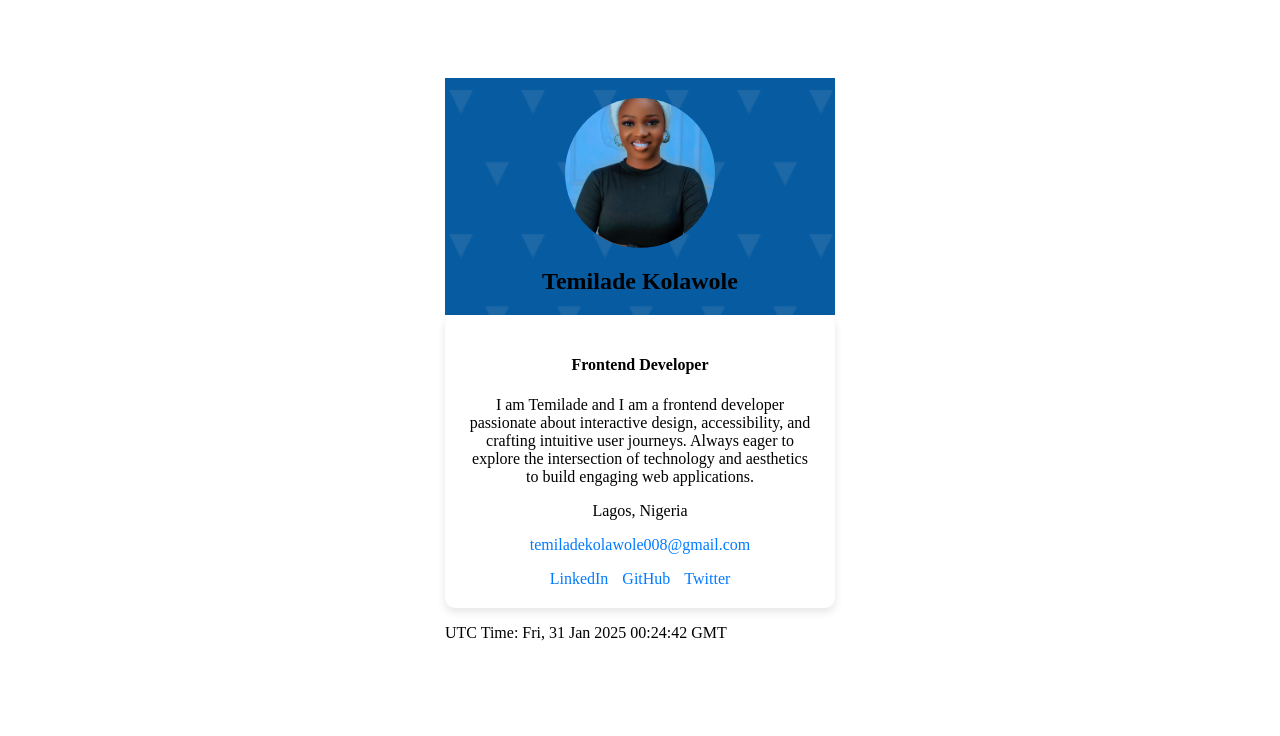
Repository: KolawoleTemilade/ticket-guarantor
Page: profilecard/index..html
These files come from the project's save history. The page is drawn as it stood at one moment and after a run of saves; the edit follows.
The browser window is 1280 px wide. The pictures show the whole page.

Above is the page before, as saved 2025-02-04 17:07:05.

### profilecard/index..html
<!DOCTYPE html>
<html lang="en">
<head>
    <meta charset="UTF-8">
    <meta name="viewport" content="width=device-width, initial-scale=1.0">
    <title>Profile Card</title>
    <link rel="stylesheet" href="style.css">
</head>
<body>
    <section >
        <div class="background" style="background-image: url('./asset/bgo.svg');">
            <img src="./asset/profile.jpg" alt="Profile Picture" data-testid="profilePicture">
            <h2 class="fullname" data-testid="fullName">Temilade Kolawole</h2>
        </div>
        <div class="card">
        <h4 data-testid="jobTitle">Frontend Developer</h4>
        <p data-testid="shortBio">
            I am Temilade and I am a frontend developer passionate about interactive design,
            accessibility, and crafting intuitive user journeys. Always eager to explore
            the intersection of technology and aesthetics to build engaging web applications.
        </p>
        <p data-testid="currentLocation">Lagos, Nigeria</p>
        <p data-testid="emailAddress">
            <a href="mailto:temiladekolawole008@gmail.com" target="_blank">
                temiladekolawole008@gmail.com
            </a>
        </p>
        <div class="social-links" data-testid="socialLinks">
            <a href="https://linkedin.com/in/temiladekolawole13" target="_blank">LinkedIn</a>
            <a href="https://github.com/kolawoleTemilade" target="_blank">GitHub</a>
            <a href="https://twitter.com/temmie415" target="_blank">Twitter</a>
        </div>
    </div>
        <p data-testid="currentTimeUTC" id="utcTime"></p>
    </section>

    <script>
        // Update UTC time every second
        function updateTime() {
            const utcTime = new Date().toUTCString();
            document.getElementById('utcTime').textContent = `UTC Time: ${utcTime}`;
        }

        // Initial call and set interval
        updateTime();
        setInterval(updateTime, 1000);
    </script>
</body>
</html>

### profilecard/style.css
body {
  display: flex;
  align-items: center;
  justify-content: center;
  height: 100vh;
}

.card {
  background: #fff;
  padding: 20px;
  border-radius: 10px;
  box-shadow: 0 4px 8px rgba(0, 0, 0, 0.1);
  text-align: center;
  max-width: 350px;
  width: 100%;
}
.background {
  width: 100%;
  padding: 0;
  display: flex;
  flex-direction: column;
  justify-content: center;
  align-items: center;
}
img {
  width: 150px;
  height: 150px;
  border-radius: 50%;
  object-fit: cover;
  margin-top: 20px;
}
a {
  margin: 0 5px;
  text-decoration: none;
  color: #007bff;
}

After the next 4 saves:
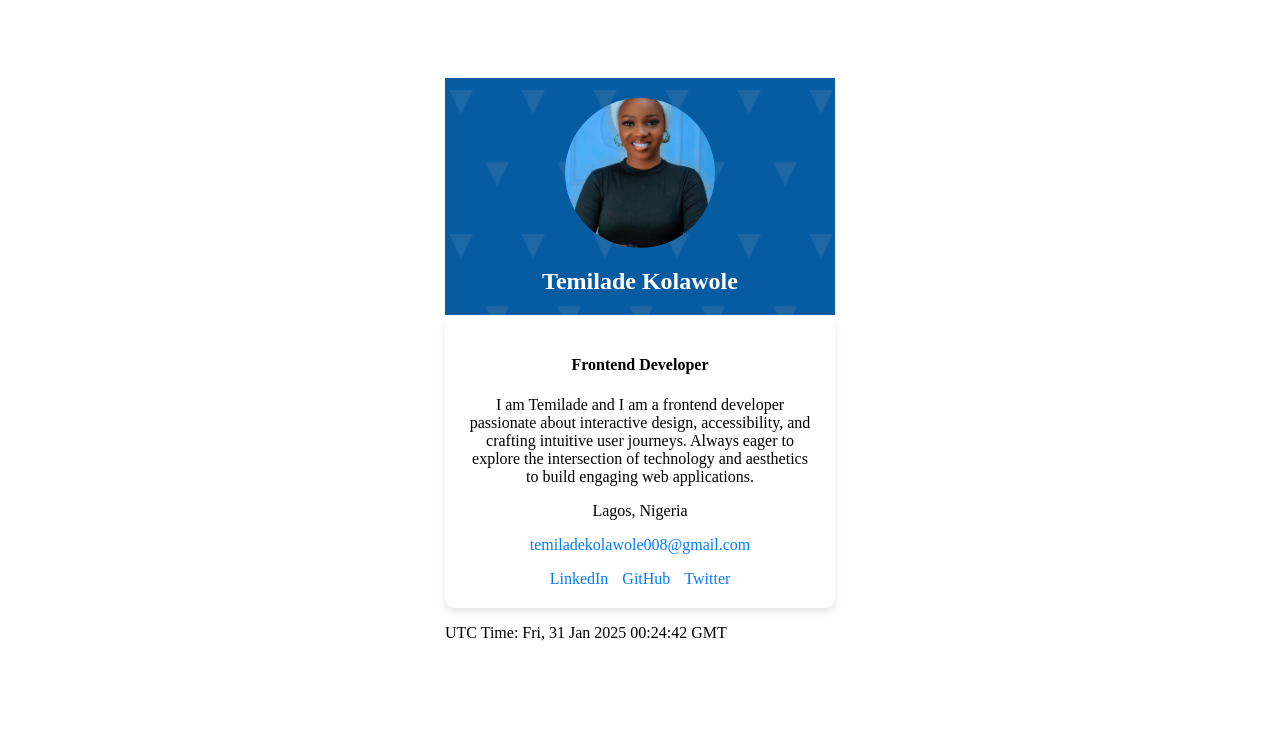
The 4 saves are shown as one change because they came seconds apart.
The last was saved 13 s later.
--- a/profilecard/style.css
+++ b/profilecard/style.css
@@ -34,3 +34,6 @@ a {
   text-decoration: none;
   color: #007bff;
 }
+.fullname {
+  color: #fff;
+}
